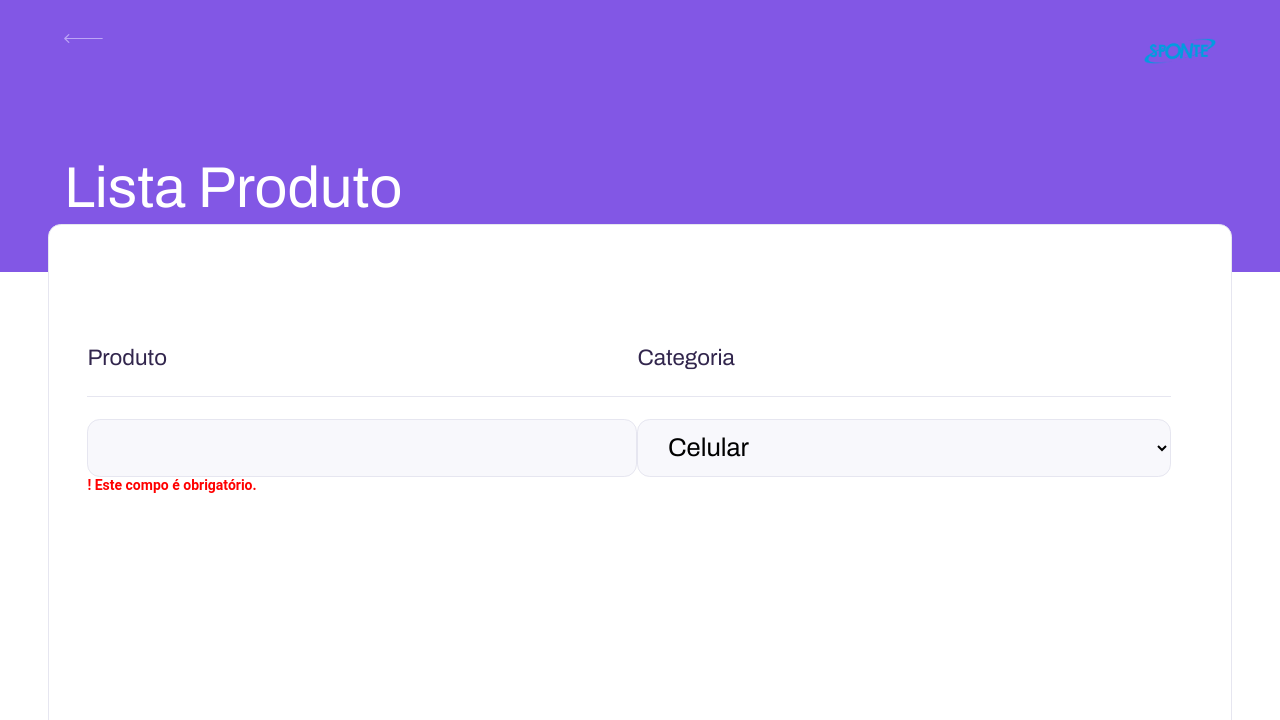
Repository: Henrique-Hoi-Dev/avalia-o-front-end
Page: /list (app in web/)
The author's editor kept a copy of each file at every save. The page is drawn from the files as they stood at one save, then again after the next save.
The browser window is 1280 px wide. The pictures show the whole page.
An inner scrolling area shows only its first screen. The project was rebuilt for these pictures with package versions that can differ from the ones it lists, and the page was loaded fresh each time. Also part of the build but not shown: web/src/pages/Home/styles.js, web/src/pages/Home/index.js, web/src/pages/RegistrationProduct/styles.js, web/src/components/HeaderRecord/styles.js, web/src/components/HeaderRecord/index.js, web/src/pages/RegistrationProduct/Avatarinput/styles.js, web/src/pages/RegistrationProduct/Avatarinput/index.js, web/src/pages/RegistrationProduct/index.js.

Above is the page before, as saved 2020-09-02 12:16:49.

After the next save:
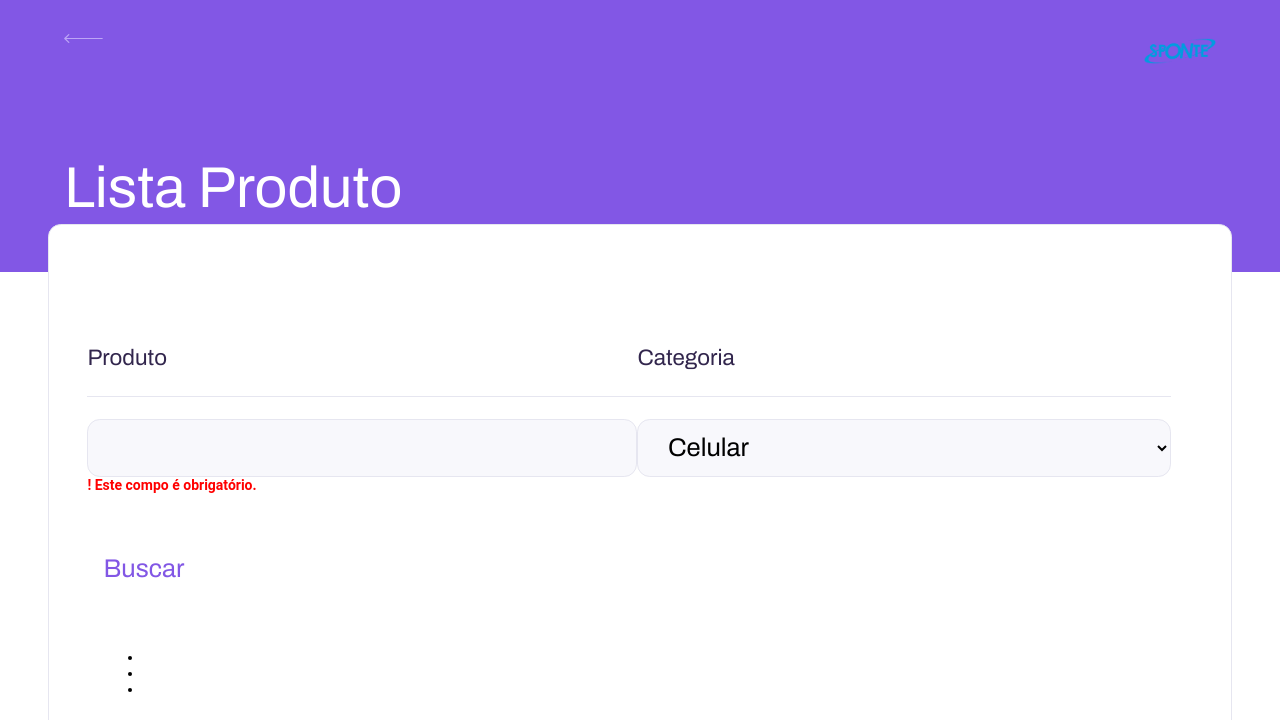
Saved 29 s later.
--- a/web/src/pages/ListProduct/styles.js
+++ b/web/src/pages/ListProduct/styles.js
@@ -77,7 +77,7 @@ export const Container = styled.div`
 
       display: grid;
       grid-template-columns: 1fr 1fr;
-      grid-template-rows: 210px 550px;
+      grid-template-rows: 210px;
       grid-template-areas: 'buscar categoria ';
     }
 
